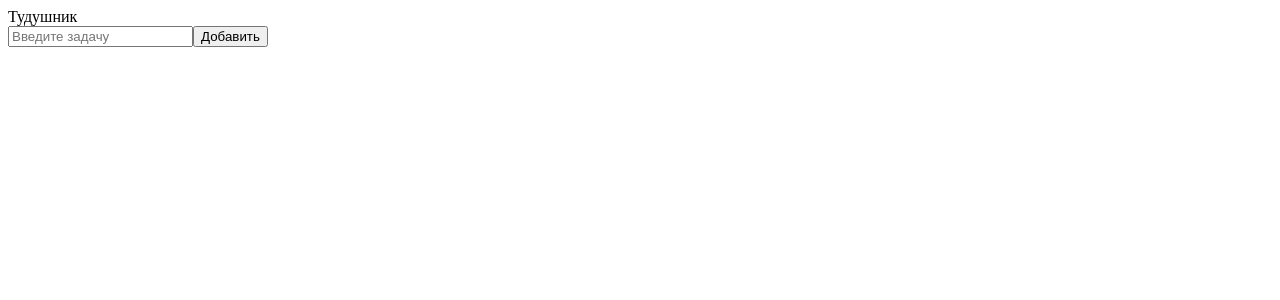
Repository: AlekCawka/-todo-project
Page: /
The author's editor kept a copy of each file at every save. The page is drawn from the files as they stood at one save, then again after a run of saves.
The browser window is 1280 px wide. The pictures show the whole page.
The project was rebuilt for these pictures with package versions that can differ from the ones it lists, and the page was loaded fresh each time. Also part of the build but not shown: vite.config.js, src/App.css.

Above is the page before, as saved 2025-08-06 10:47:37.

After the next 2 saves:
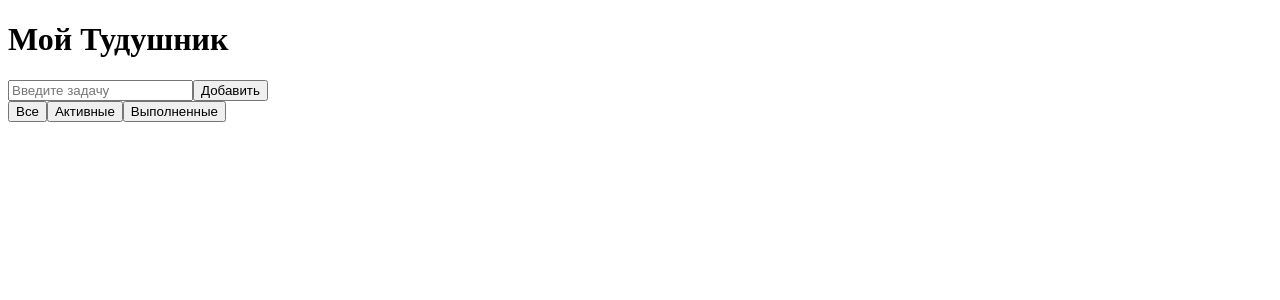
The 2 saves are shown as one change because 1 did not build or start.
The last was saved 4 min 7 s later.
--- a/src/App.jsx
+++ b/src/App.jsx
@@ -4,8 +4,9 @@ import { useTodos } from './hooks/useTodos';
 import './App.css';
 
 const App = () => {
-  const { todos, addTodo, deleteTodo, updateTodo } = useTodos();
+  const { todos, addTodo, deleteTodo, updateTodo, toggleCompleted } = useTodos();
   const [inputValue, setInputValue] = useState('');
+  const [filter, setFilter] = useState('all');
 
   const handleAdd = () => {
     addTodo(inputValue);
@@ -16,34 +17,55 @@ const App = () => {
     setInputValue(e.target.value);
   }
 
+  const filteredTodos = todos.filter(todo => {
+    if (filter === 'active') return !todo.completed;
+    if (filter === 'completed') return todo.completed;
+    return true;
+  });
+
   return (
-    <div className='container'>
-      <div className='title'>Тудушник</div>
+    <div className="container">
+      <h1 className="title">Мой Тудушник</h1>
 
-      <div className='form'>
+      <div className="form">
         <input
-          type='text'
+          type="text"
+          placeholder="Введите задачу"
           value={inputValue}
           onChange={handleChange}
-          placeholder='Введите задачу'
         />
         <button onClick={handleAdd}>Добавить</button>
       </div>
 
-      <ul className='list'>
-        {todos.map(todo => (
-          <li key={todo.id}>
-            {todo.text}
+      <div className="filters">
+        <button onClick={() => setFilter('all')}>Все</button>
+        <button onClick={() => setFilter('active')}>Активные</button>
+        <button onClick={() => setFilter('completed')}>Выполненные</button>
+      </div>
+
+      <ul className="list">
+        {filteredTodos.map(todo => (
+          <li key={todo.id} className="todo-item">
+            <input
+              type="checkbox"
+              checked={todo.completed}
+              onChange={() => toggleCompleted(todo.id)}
+            />
+            <span
+              style={{ textDecoration: todo.completed ? 'line-through' : 'none' }}
+            >
+              {todo.text}
+            </span>
             <button onClick={() => {
               const newText = prompt('Новое значение:', todo.text);
               if (newText) updateTodo(todo.id, newText);
-            }}>Редактировать</button>
-            <button onClick={() => deleteTodo(todo.id)}>Удалить</button>
+            }}>✏️</button>
+            <button onClick={() => deleteTodo(todo.id)}>🗑️</button>
           </li>
         ))}
       </ul>
     </div>
-  )
+  );
 };
 
 export default App;
